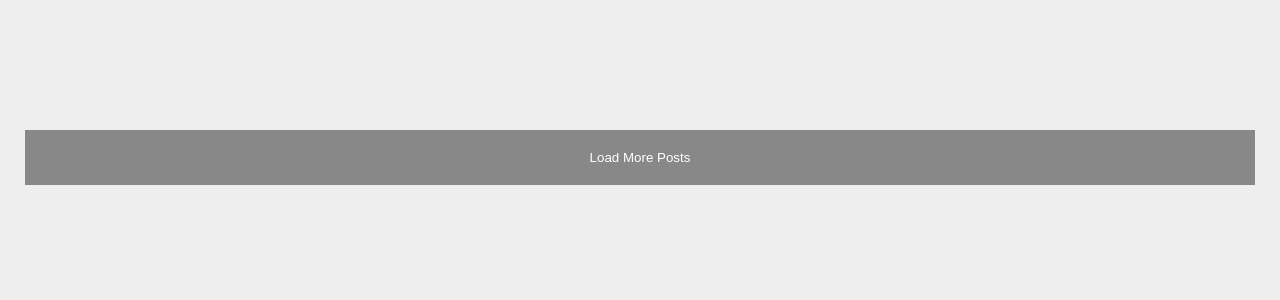
Repository: anderfmelo/temp-repo
Page: /
The author's editor kept a copy of each file at every save. The page is drawn from the files as they stood at one save, then again after the next save.
The browser window is 1280 px wide. The pictures show the whole page.
The page's requests for data from a server got no answer. The project was rebuilt for these pictures with package versions that can differ from the ones it lists, and the page was loaded fresh each time. No one was signed in, and anything a server would have sent is missing. Also part of the build but not shown: src/components/PostCard/styles.css, src/components/PostCard/index.jsx.

Above is the page before, as saved 2022-04-20 12:25:15.

After the next save:
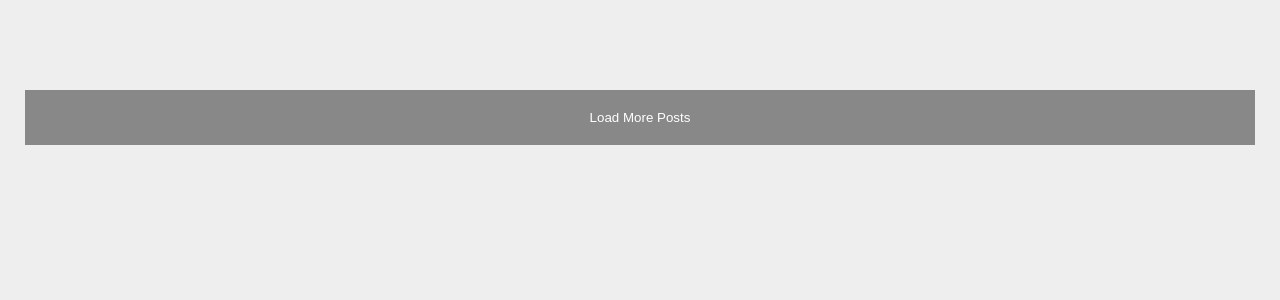
Saved 4 s later.
--- a/src/templates/Home/styles.css
+++ b/src/templates/Home/styles.css
@@ -5,7 +5,7 @@
 }
 
 .button-container {
-  min-height: 160px;
+  min-height: 120px;
   display: flex;
   align-items: flex-end;
 }
